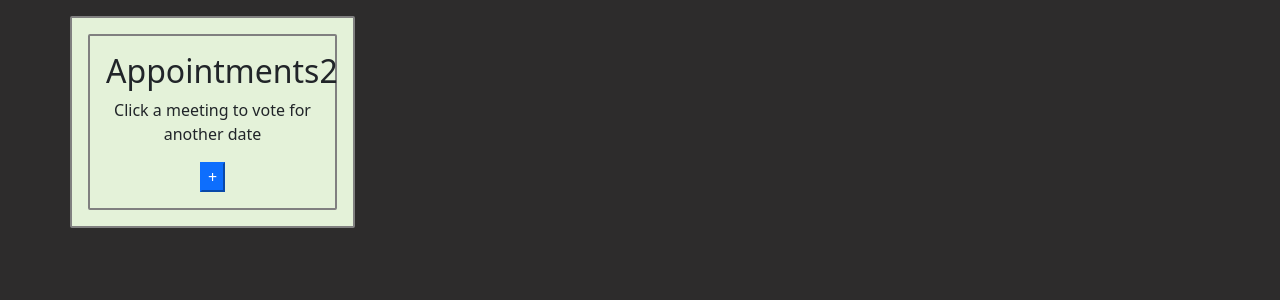
Repository: wlichon/Semesterprojekt
Page: index.html
The author's editor kept a copy of each file at every save. The page is drawn from the files as they stood at one save, then again after the next save.
The browser window is 1280 px wide. The pictures show the whole page.
The page's requests for data from a server got no answer. Some web libraries are served in a nearby version.

Above is the page before, as saved 2022-04-22 17:52:54.

After the next save:
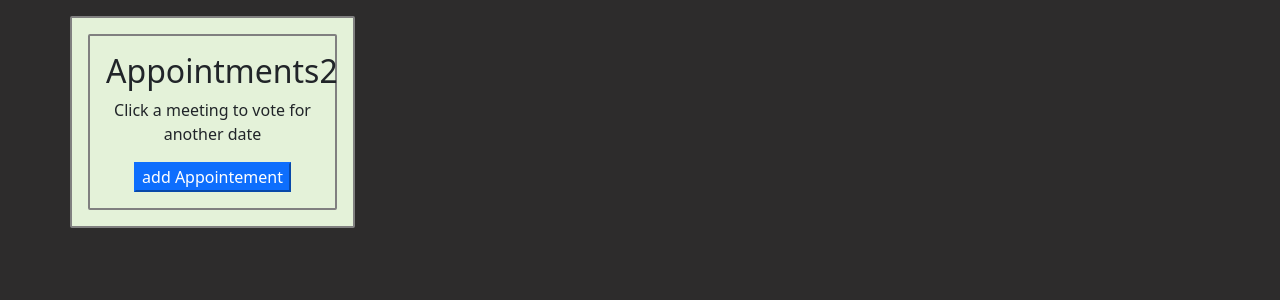
Saved 17 s later.
--- a/index.html
+++ b/index.html
@@ -23,7 +23,7 @@
                 <div class="col">
                     <h2 class="align-self-center">Appointments2</h2>
                     <p class="">Click a meeting to vote for another date</p>
-                    <button class = "btn-primary"> + </button>
+                    <button class = "btn-primary"> add Appointement </button>
                         </div>
 
 
